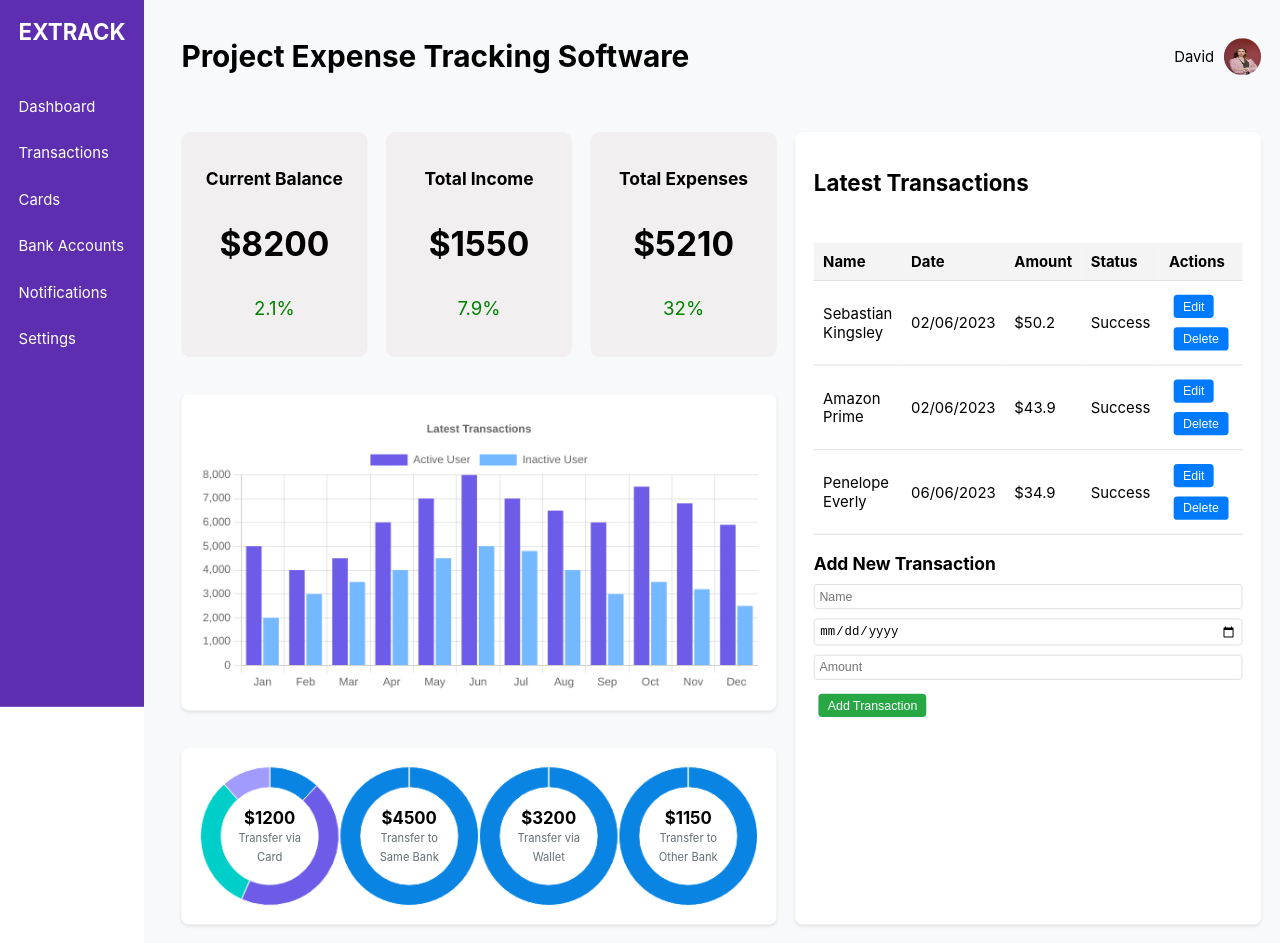
Repository: ChristhurasaRoshan/Expense-Tracker
Page: /
The author's editor kept a copy of each file at every save. The page is drawn from the files as they stood at one save, then again after the next save.
The browser window is 1280 px wide. The page is 1376 px wide, then 1287 px, so the pictures cover 1376 px, including what lies to the right of the window. The pictures show the whole page, at 93% of full size.
The project was rebuilt for these pictures with package versions that can differ from the ones it lists, and the page was loaded fresh each time.

Above is the page before, as saved 2024-08-21 22:19:43.

After the next save:
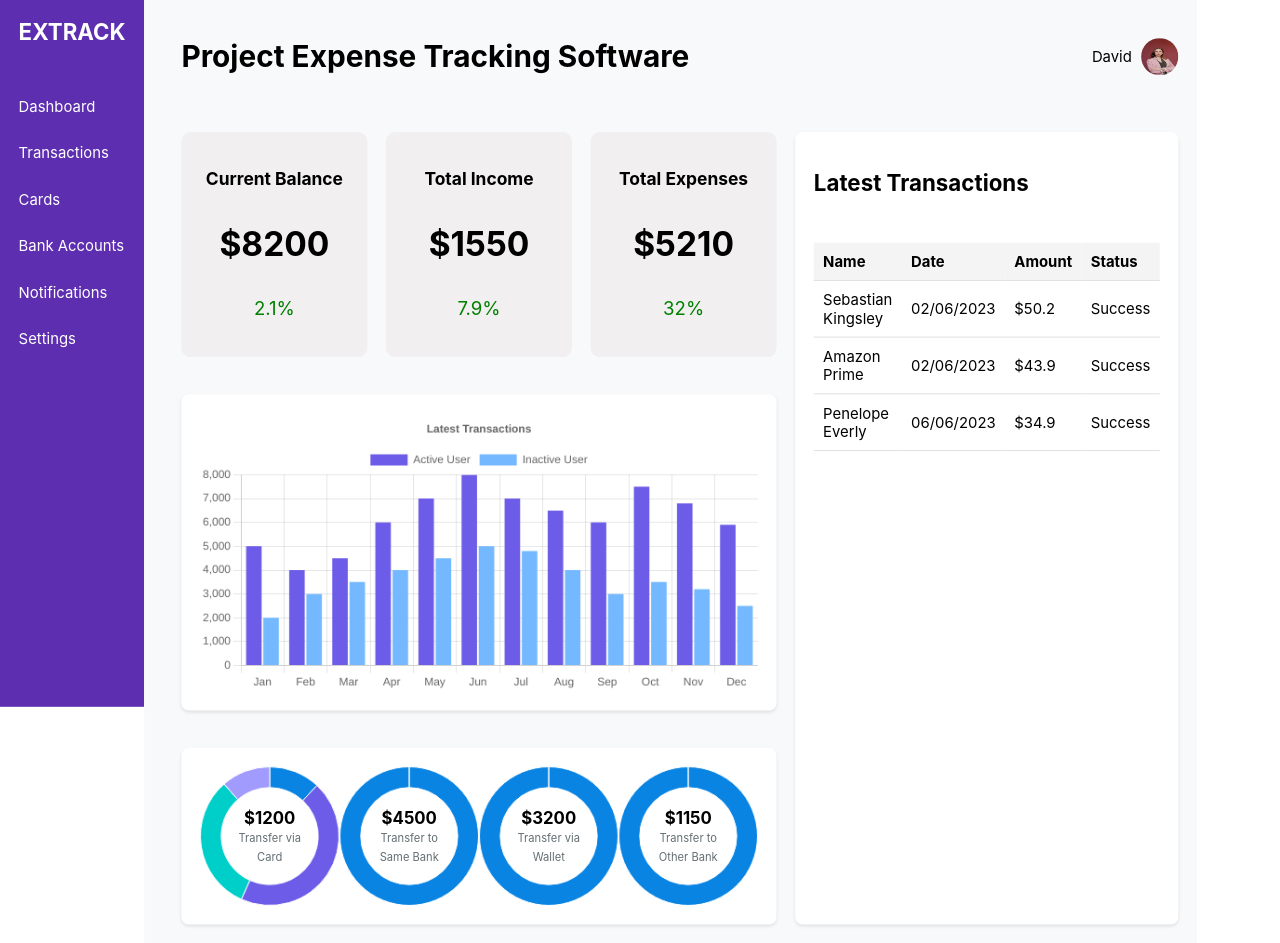
Saved 27 s later.
--- a/src/Components/TransactionList.jsx
+++ b/src/Components/TransactionList.jsx
@@ -1,32 +1,13 @@
-import React, { useState } from 'react';
-import { useSelector, useDispatch } from 'react-redux';
-import { addTransaction, deleteTransaction, updateTransaction } from '../slices/transactionSlice';
+import React from 'react';
 import '../Styles/TransactionList.css';
 
 const TransactionList = () => {
-  const transactions = useSelector((state) => state.transactions);
-  const dispatch = useDispatch();
-
-  const [newTransaction, setNewTransaction] = useState({ name: '', date: '', amount: '', status: 'Success' });
-  const [editTransaction, setEditTransaction] = useState(null);
-
-  const handleAddTransaction = () => {
-    if (newTransaction.name && newTransaction.date && newTransaction.amount) {
-      dispatch(addTransaction(newTransaction));
-      setNewTransaction({ name: '', date: '', amount: '', status: 'Success' });
-    }
-  };
-
-  const handleUpdateTransaction = (id) => {
-    if (editTransaction) {
-      dispatch(updateTransaction({ id, ...editTransaction }));
-      setEditTransaction(null);
-    }
-  };
-
-  const handleEditClick = (transaction) => {
-    setEditTransaction(transaction);
-  };
+  const transactions = [
+    { name: "Sebastian Kingsley", date: "02/06/2023", amount: "$50.2", status: "Success" },
+    { name: "Amazon Prime", date: "02/06/2023", amount: "$43.9", status: "Success" },
+    { name: "Penelope Everly", date: "06/06/2023", amount: "$34.9", status: "Success" },
+    // Add more transactions here...
+  ];
 
   return (
     <div className="transaction-list">
@@ -37,81 +18,19 @@ const TransactionList = () => {
             <th>Date</th>
             <th>Amount</th>
             <th>Status</th>
-            <th>Actions</th>
           </tr>
         </thead>
         <tbody>
-          {transactions.map((transaction) => (
-            <tr key={transaction.id}>
-              <td>
-                {editTransaction && editTransaction.id === transaction.id ? (
-                  <input
-                    type="text"
-                    value={editTransaction.name}
-                    onChange={(e) => setEditTransaction({ ...editTransaction, name: e.target.value })}
-                  />
-                ) : (
-                  transaction.name
-                )}
-              </td>
-              <td>
-                {editTransaction && editTransaction.id === transaction.id ? (
-                  <input
-                    type="date"
-                    value={editTransaction.date}
-                    onChange={(e) => setEditTransaction({ ...editTransaction, date: e.target.value })}
-                  />
-                ) : (
-                  transaction.date
-                )}
-              </td>
-              <td>
-                {editTransaction && editTransaction.id === transaction.id ? (
-                  <input
-                    type="text"
-                    value={editTransaction.amount}
-                    onChange={(e) => setEditTransaction({ ...editTransaction, amount: e.target.value })}
-                  />
-                ) : (
-                  transaction.amount
-                )}
-              </td>
+          {transactions.map((transaction, index) => (
+            <tr key={index}>
+              <td>{transaction.name}</td>
+              <td>{transaction.date}</td>
+              <td>{transaction.amount}</td>
               <td>{transaction.status}</td>
-              <td>
-                {editTransaction && editTransaction.id === transaction.id ? (
-                  <button onClick={() => handleUpdateTransaction(transaction.id)}>Save</button>
-                ) : (
-                  <button onClick={() => handleEditClick(transaction)}>Edit</button>
-                )}
-                <button onClick={() => dispatch(deleteTransaction(transaction.id))}>Delete</button>
-              </td>
             </tr>
           ))}
         </tbody>
       </table>
-
-      <div className="add-transaction">
-        <h3>Add New Transaction</h3>
-        <input
-          type="text"
-          placeholder="Name"
-          value={newTransaction.name}
-          onChange={(e) => setNewTransaction({ ...newTransaction, name: e.target.value })}
-        />
-        <input
-          type="date"
-          placeholder="Date"
-          value={newTransaction.date}
-          onChange={(e) => setNewTransaction({ ...newTransaction, date: e.target.value })}
-        />
-        <input
-          type="text"
-          placeholder="Amount"
-          value={newTransaction.amount}
-          onChange={(e) => setNewTransaction({ ...newTransaction, amount: e.target.value })}
-        />
-        <button onClick={handleAddTransaction}>Add Transaction</button>
-      </div>
     </div>
   );
 };
